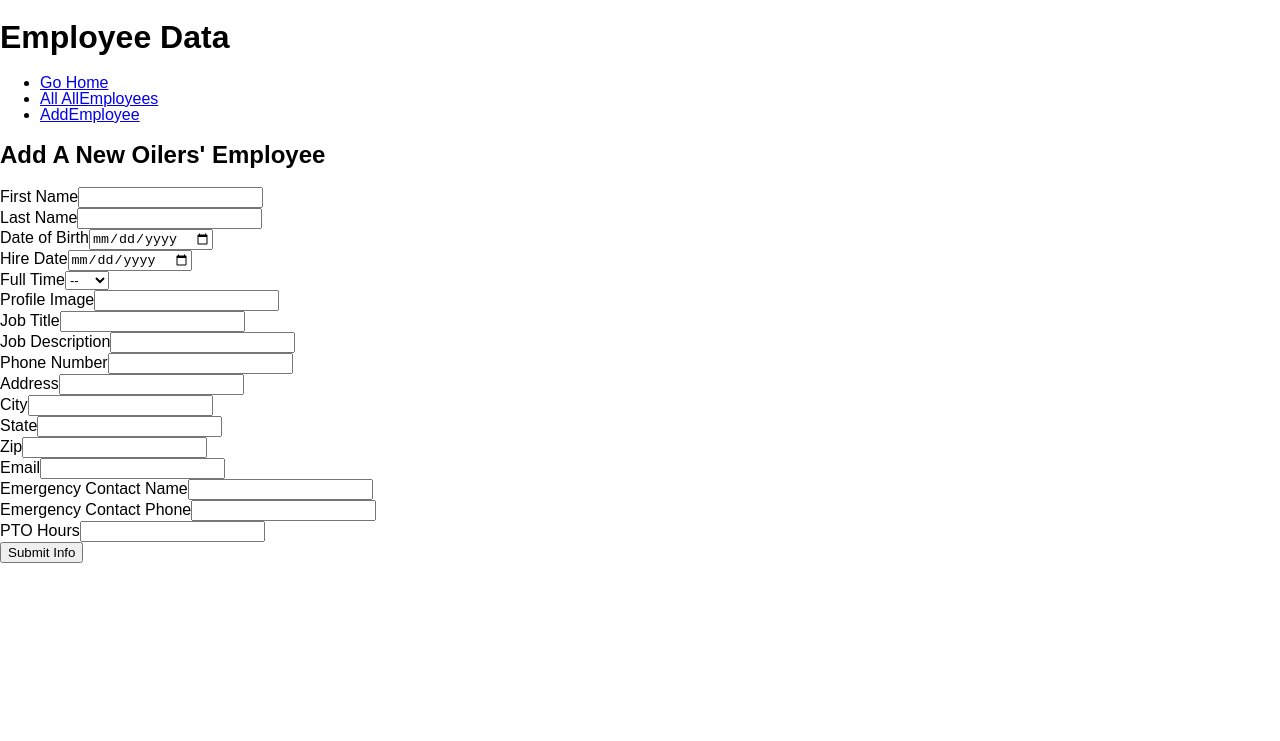
Repository: rh1456/employee-directory
Page: /2
An editor plug-in stored every save of this project. The page is shown before and after the next save, followed by the edit.
The browser window is 1280 px wide. The pictures show the whole page.
The project was rebuilt for these pictures with package versions that can differ from the ones it lists, and the page was loaded fresh each time. Also part of the build but not shown: src/components/HelloWorld.jsx, src/pages/HomePage.jsx, src/pages/SingleEmployee.jsx, src/pages/AllEmployees.jsx.

Above is the page before, as saved 2019-12-08 13:23:41.

After the next save:
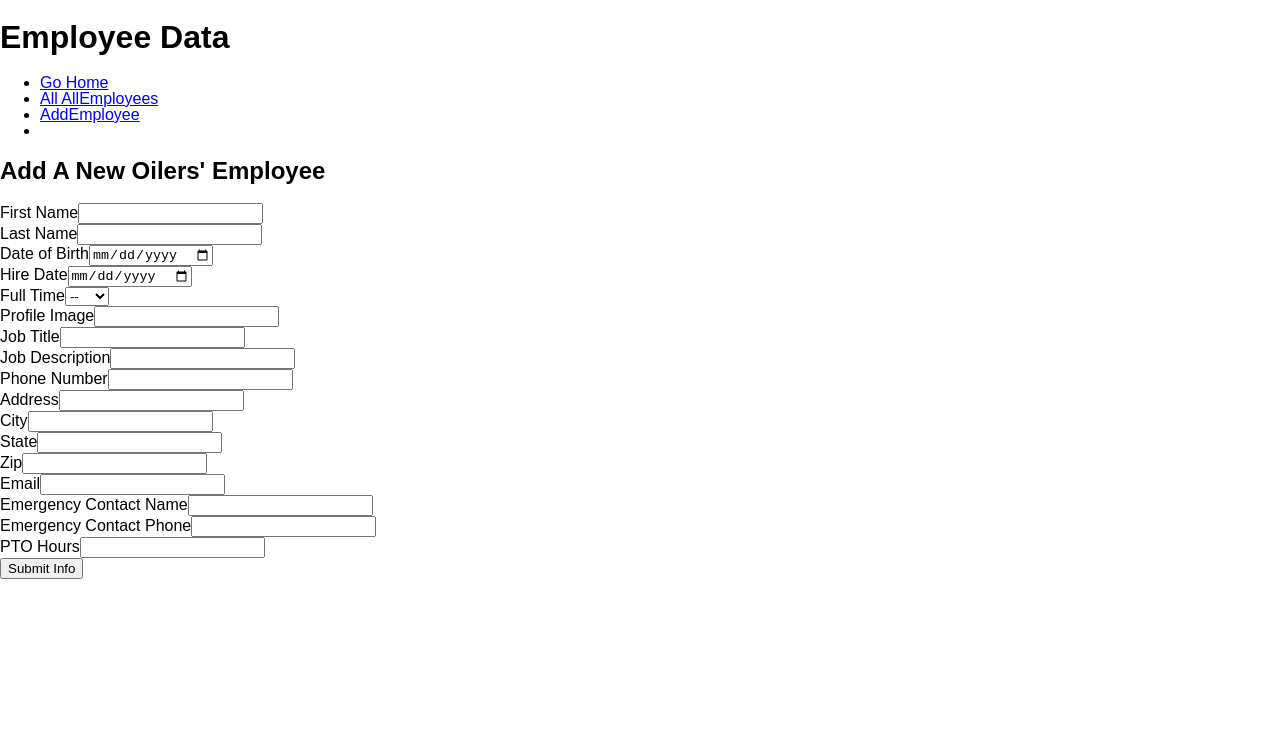
Saved 83 s later.
--- a/src/App.jsx
+++ b/src/App.jsx
@@ -22,6 +22,7 @@
             <li>
               <Link to="/2">AddEmployee</Link>
             </li>
+            <li>{/* <Link to="/employee/:id">Si</Link> */}</li>
           </ul>
         </nav>
       </header>
